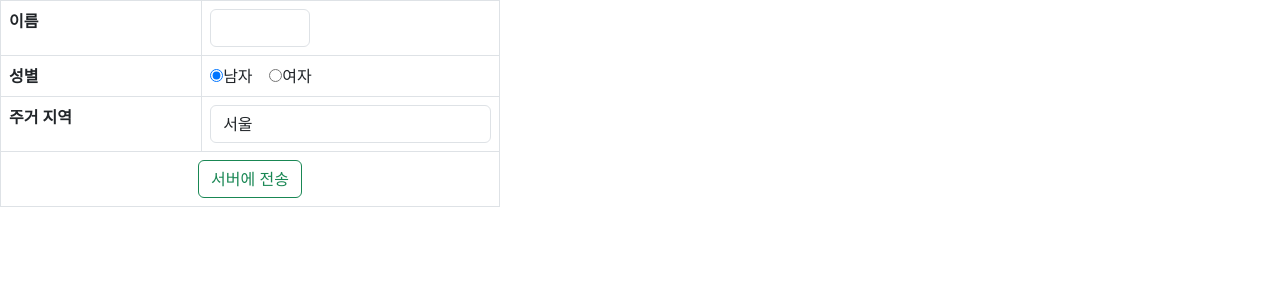
Repository: ssung2sin/sist0615_spring
Page: http://localhost/SpringMvcRead5/naver/form1
An editor plug-in stored every save of this project. The page is shown before and after the next save, followed by the edit.
The browser window is 1280 px wide. The pictures show the whole page.
Some web fonts or font styles are not loaded; a fallback is used. The page is served by Tomcat 9. Other server files are loaded and not shown.

Above is the page before, as saved 2023-10-10 06:32:19.

### SpringMvcRead5/src/main/webapp/WEB-INF/day1010/form1.jsp
<%@ page language="java" contentType="text/html; charset=UTF-8"
    pageEncoding="UTF-8"%>
<%@ taglib uri="http://java.sun.com/jsp/jstl/core" prefix="c"%>
<%@ taglib uri="http://java.sun.com/jsp/jstl/fmt" prefix="fmt"%>
<!DOCTYPE html>
<html>
<head>
<meta charset="UTF-8">
<link href="https://cdn.jsdelivr.net/npm/bootstrap@5.3.0/dist/css/bootstrap.min.css" rel="stylesheet">
<link href="https://fonts.googleapis.com/css2?family=Dongle:wght@300&family=Gaegu:wght@300&family=Nanum+Pen+Script&family=Sunflower:wght@300&display=swap" rel="stylesheet">
<script src="https://code.jquery.com/jquery-3.7.0.js"></script>
<title>Insert title here</title>
</head>
<body>
<form action="read1" method="post">
	<table class="table table-bordered" style="width: 500px;">
		<tr>
			<th wid>이름</th>
			<td><input type="text" class="form-control" name="name" style="width:100px;"></td>
		</tr>
		<tr>
			<th>성별</th>
			<td>
				<input type="radio" name="gender" value="남자" checked>남자
				&nbsp;&nbsp;
				<input type="radio" name="gender" value="여자">여자
			</td>
		</tr>
		<tr>
			<th>주거 지역</th>
			<td>
				<select name="addr" class="form-control">
					<option value="서울">서울</option>
					<option value="경기">경기</option>
					<option value="대구">대구</option>
					<option value="부산">부산</option>
					<option value="제주">제주</option>
				</select>
			</td>
		</tr>
		<tr>
			<td colspan="2" align="center"><button type="submit" class="btn btn-outline-success">서버에 전송</button></td>
		</tr>
	</table>
</form>
</body>
</html>

After the next save:
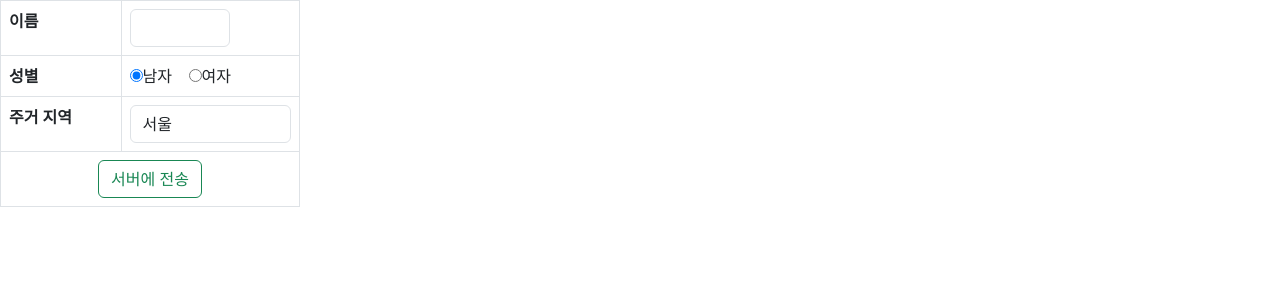
Saved 8 s later.
--- a/SpringMvcRead5/src/main/webapp/WEB-INF/day1010/form1.jsp
+++ b/SpringMvcRead5/src/main/webapp/WEB-INF/day1010/form1.jsp
@@ -13,7 +13,7 @@
 </head>
 <body>
 <form action="read1" method="post">
-	<table class="table table-bordered" style="width: 500px;">
+	<table class="table table-bordered" style="width: 300px;">
 		<tr>
 			<th wid>이름</th>
 			<td><input type="text" class="form-control" name="name" style="width:100px;"></td>
